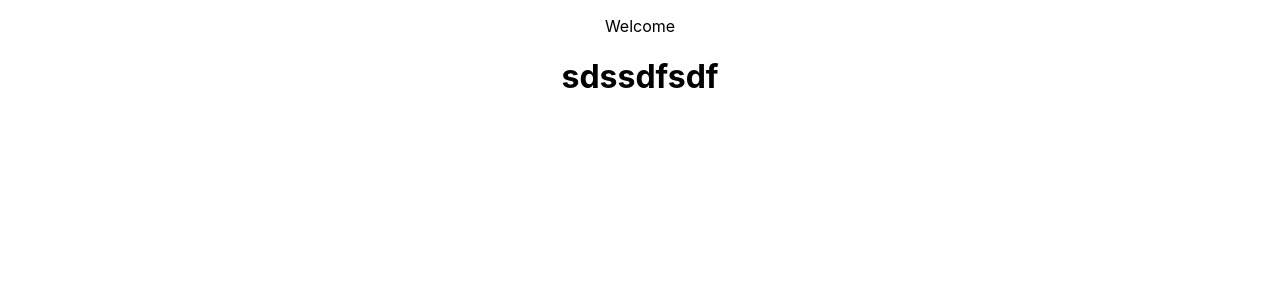
Repository: Tomjand/login-pin
Page: /
These files come from the project's save history. The page is drawn as it stood at one moment and after the next save; the edit follows.
The browser window is 1280 px wide. The pictures show the whole page.
The project was rebuilt for these pictures with package versions that can differ from the ones it lists, and the page was loaded fresh each time.

Above is the page before, as saved 2022-08-22 21:12:07.

### src/App.js
import logo from './logo.svg';
import './App.css';

function App() {
  return (
    <div className="App">
      <form className="" action=""></form>
     <p>Welcome</p>
     <h1>sdssdfsdf</h1>
    </div>
  );
}

export default App;

Loaded but not shown: public/index.html (common file); src/index.js (common file); src/index.css (common file); src/reportWebVitals.js (common file); src/App.css (common file)

After the next save:
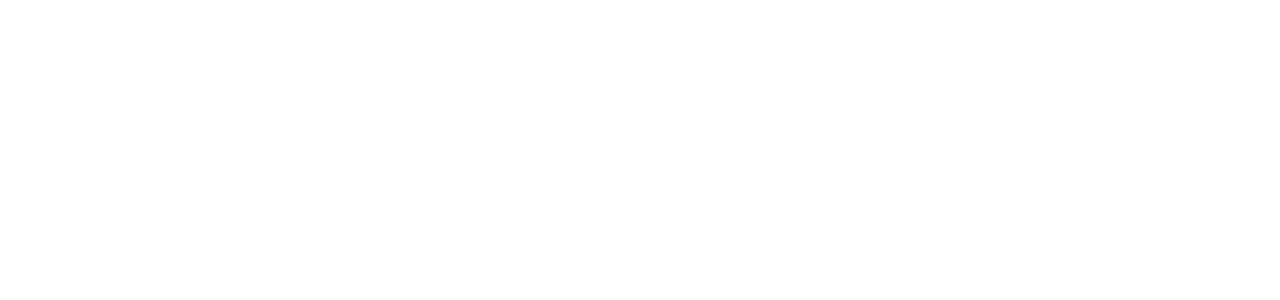
Saved 5 s later.
--- a/src/App.js
+++ b/src/App.js
@@ -5,8 +5,7 @@
   return (
     <div className="App">
       <form className="" action=""></form>
-     <p>Welcome</p>
-     <h1>sdssdfsdf</h1>
+
     </div>
   );
 }

After the 2 saves that followed:
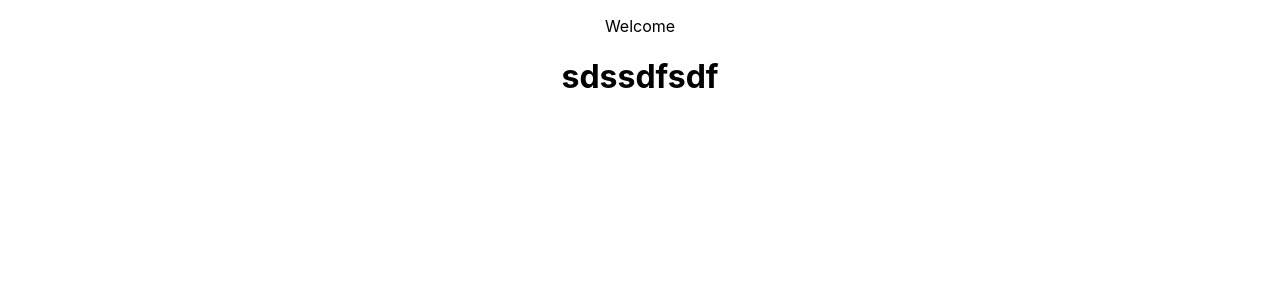
The 2 saves are shown as one change because they came seconds apart.
The last was saved 7 s later.
--- a/src/App.js
+++ b/src/App.js
@@ -4,6 +4,8 @@
 function App() {
   return (
     <div className="App">
+       <p>Welcome</p>
+     <h1>sdssdfsdf</h1>
       <form className="" action=""></form>
 
     </div>
